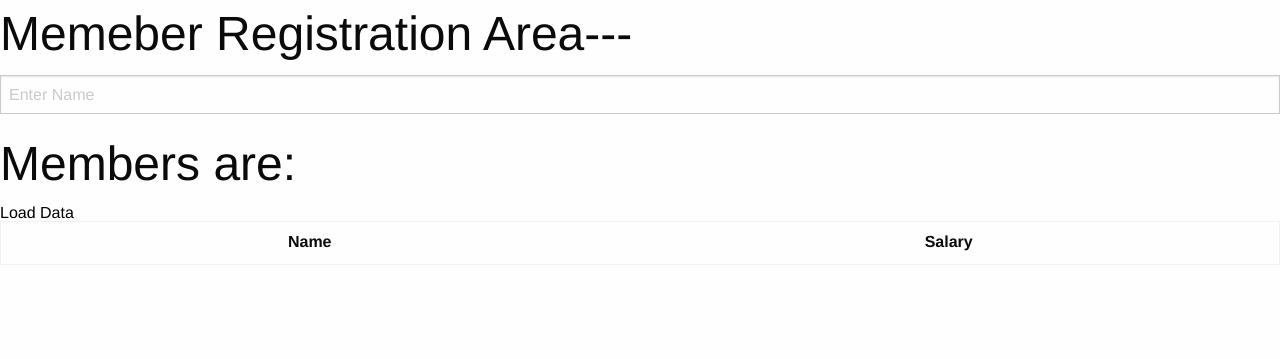
Repository: dhileepankruschev/spring-training
Page: http://localhost/Member/
The author's editor kept a copy of each file at every save. The page is drawn from the files as they stood at one save, then again after the next save.
The browser window is 1280 px wide. The pictures show the whole page.
Some web libraries are served in a nearby version. The page is served by Tomcat 9. Nobody is signed in. The application's start-up code is not run.

Above is the page before, as saved 2016-06-29 05:07:23.

After the next save:
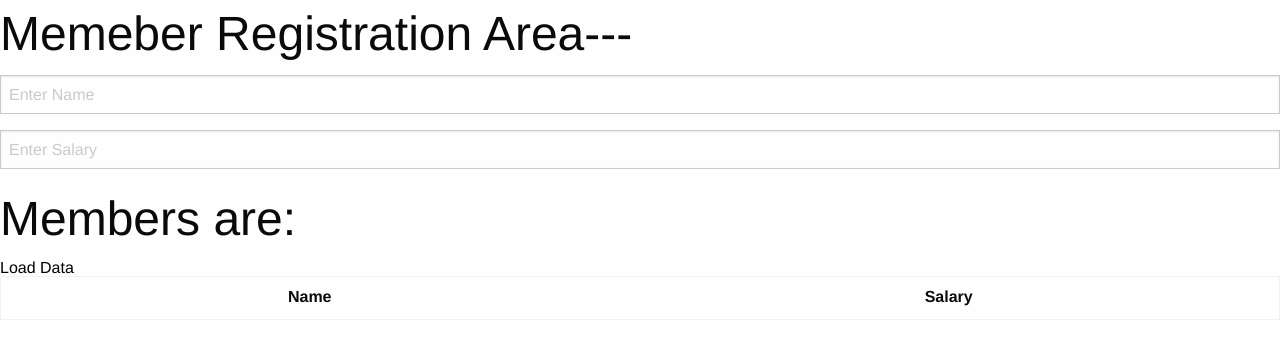
Saved 15 s later.
--- a/Member/src/main/webapp/index.jsp
+++ b/Member/src/main/webapp/index.jsp
@@ -13,7 +13,7 @@
 
 <h1>Memeber Registration Area---</h1>
 <input type=text ng-model="member.name" placeholder="Enter Name"/>
-
+<input type=text ng-model="member.salary" placeholder="Enter Salary"/>
 
 
 	<h1>Members are:</h1>
